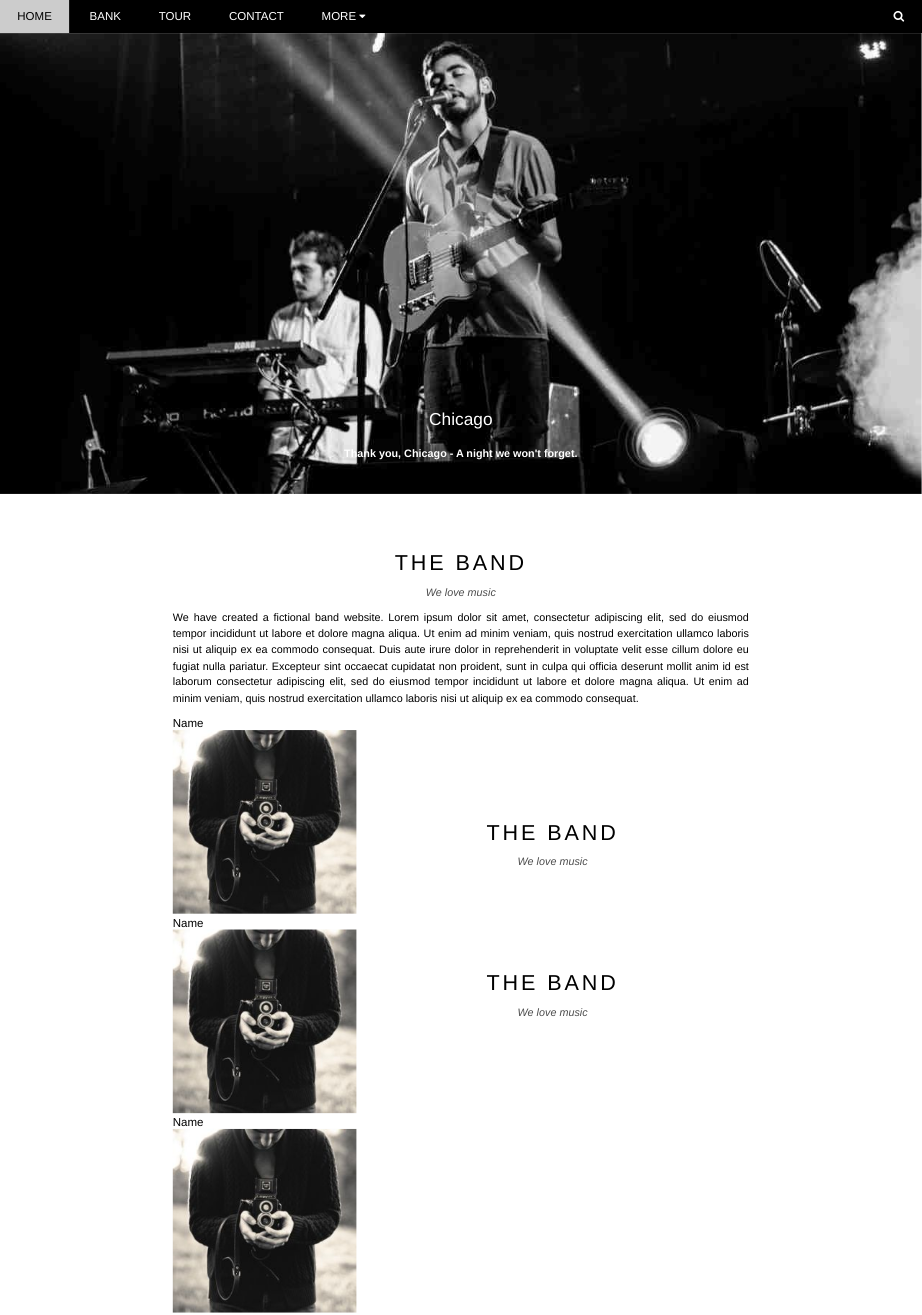
Repository: vuongtm1999/TheBand_W3School
Page: index.html
These files come from the project's save history. The page is drawn as it stood at one moment and after the next save; the edit follows.
The browser window is 1280 px wide. The pictures show the whole page, at 72% of full size.

Above is the page before, as saved 2022-08-26 12:48:52.

After the next save:
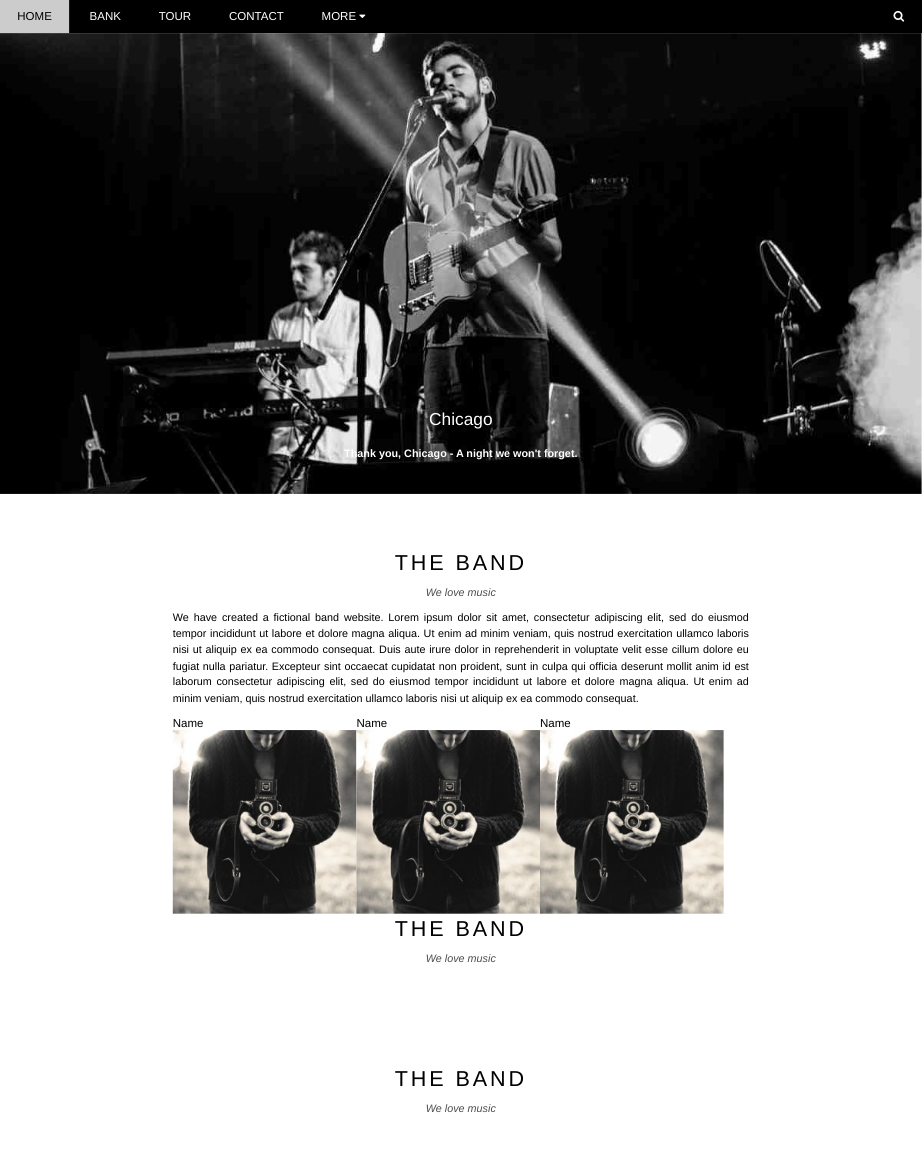
Saved 4 min 57 s later.
--- a/assets/css/style.css
+++ b/assets/css/style.css
@@ -181,7 +181,7 @@ a{
     text-align: justify;
 }
 
-.content-section .member-list{
+.content-section .member-item{
     float: left;
 }
 
